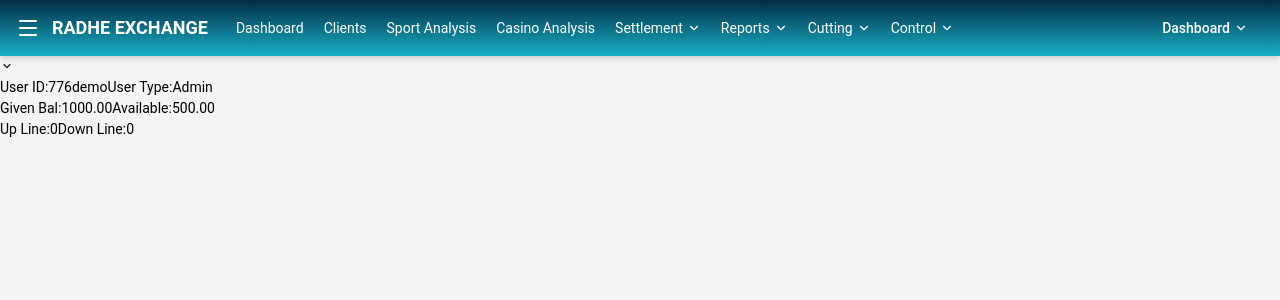
Repository: Habeebur1493/Radhe-Exchange
Page: /dashboard (app in frontend/)
An editor plug-in stored every save of this project. The page is shown before and after the next save, followed by the edit.
The browser window is 1280 px wide. The pictures show the whole page.
Some web libraries are served in a nearby version. The project was rebuilt for these pictures with package versions that can differ from the ones it lists, and the page was loaded fresh each time. Also part of the build but not shown: frontend/vite.config.js, frontend/src/components/login.jsx, frontend/src/components/Register.jsx.

Above is the page before, as saved 2025-03-03 18:22:24.

After the next save:
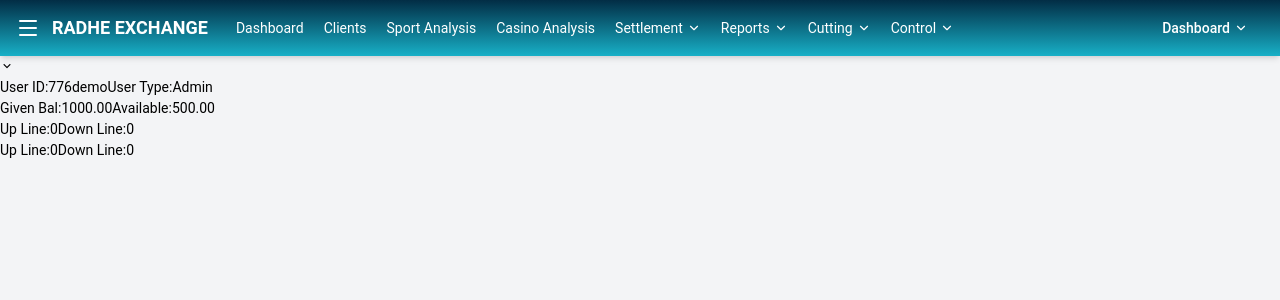
Saved 11 s later.
--- a/frontend/src/components/dashboard.jsx
+++ b/frontend/src/components/dashboard.jsx
@@ -231,6 +231,14 @@ const Dashboard = () => {
               </label>
               <label htmlFor="">
                 Available:<span>500.00</span>
+              </label>
+            </div>
+            <div>
+              <label htmlFor="">
+                Up Line:<span>0</span>
+              </label>
+              <label htmlFor="">
+                Down Line:<span>0</span>
               </label>
             </div>
             <div>
